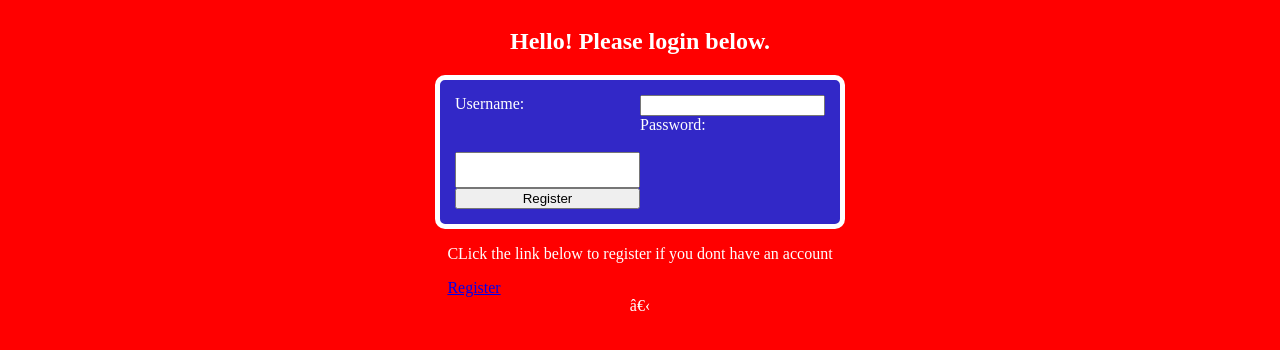
Repository: cejiofor/qe-eclipse-workspace
Page: http://localhost/FirstWebProject/login.jsp
These files come from the project's save history. The page is drawn as it stood at one moment and after the next save; the edit follows.
The browser window is 1280 px wide. The pictures show the whole page.
The page is served by Tomcat 9. Nobody is signed in. The application's start-up code is not run.

Above is the page before, as saved 2019-09-13 15:01:15.

After the next save:
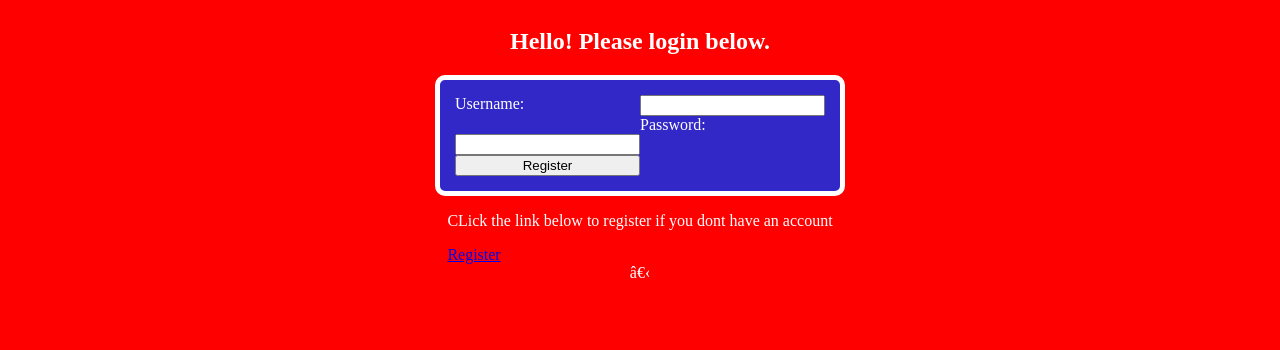
Saved 12 min 57 s later.
--- a/FirstWebProject/WebContent/login.jsp
+++ b/FirstWebProject/WebContent/login.jsp
@@ -16,11 +16,11 @@
     <form action="/FirstWebProject/welcome.html">
         <label for="userName">Username:</label>
             <input type="text" name="userName" />
-        <br /><br />
+        <br />
 
         <label for="password">Password:</label>
             <input type="password" name="password" />
-        <br /><br />
+        <br />
 
 
         <input id="submitForm" type="submit" value="Register" />
